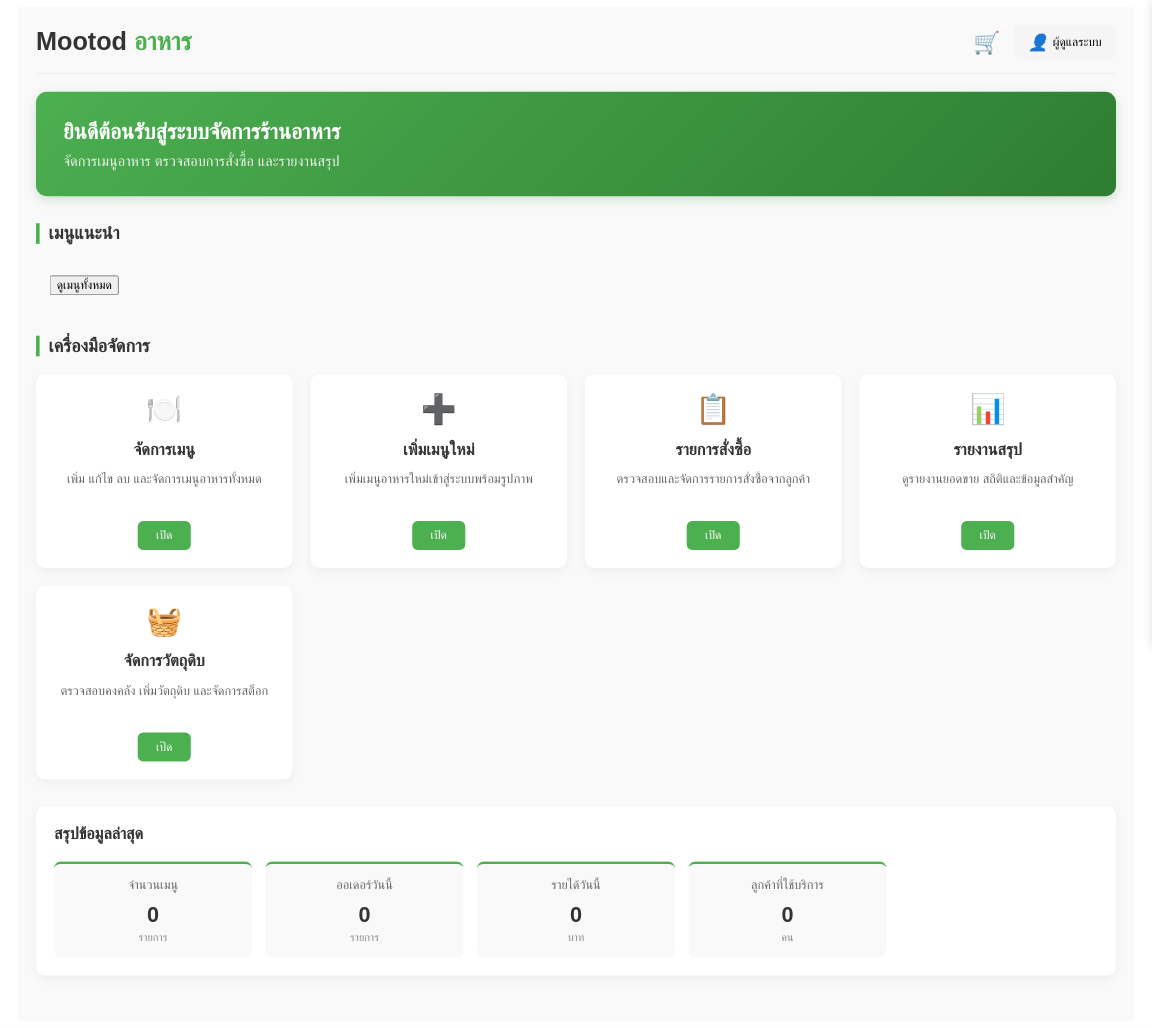
Repository: KwaunchaiJankaikot/mootod
Page: / (app in frontend/)
The author's editor kept a copy of each file at every save. The page is drawn from the files as they stood at one save, then again after the next save.
The browser window is 1280 px wide. The pictures show the whole page, at 90% of full size.
The page's requests for data from a server got no answer. The project was rebuilt for these pictures with package versions that can differ from the ones it lists, and the page was loaded fresh each time. No one was signed in, and anything a server would have sent is missing. Also part of the build but not shown: frontend/vue.config.js, frontend/src/components/CheckoutPage.vue, frontend/src/components/AddMenu.vue, frontend/src/components/MenuList.vue, frontend/src/components/EditMenu.vue, frontend/src/components/InventoryPage.vue.

Above is the page before, as saved 2025-04-23 01:04:29.

### frontend/public/index.html
<!DOCTYPE html>
<html lang="">
  <head>
    <meta charset="utf-8">
    <meta http-equiv="X-UA-Compatible" content="IE=edge">
    <meta name="viewport" content="width=device-width,initial-scale=1.0">
    <link rel="icon" href="<%= BASE_URL %>favicon.ico">
    <title><%= htmlWebpackPlugin.options.title %></title>
    <link href="https://fonts.googleapis.com/icon?family=Material+Icons" rel="stylesheet">
    <link rel="stylesheet" href="https://fonts.googleapis.com/css2?family=Material+Symbols+Outlined:opsz,wght,FILL,GRAD@24,400,0,0" />
  </head>
  <body>
    <noscript>
      <strong>We're sorry but <%= htmlWebpackPlugin.options.title %> doesn't work properly without JavaScript enabled. Please enable it to continue.</strong>
    </noscript>
    <div id="app"></div>
    <!-- built files will be auto injected -->
  </body>
</html>

### frontend/src/main.js
import { createApp } from 'vue';
import App from './App.vue';
import router from './router';

const app = createApp(App);
app.use(router);  // ติดตั้ง Vue Router
app.mount('#app');

### frontend/src/App.vue
<template>
  <div id="app">
    <router-view></router-view>
  </div>
</template>

<script>
export default {
  name: 'App',
};
</script>

### frontend/src/router/index.js
import { createRouter, createWebHistory } from 'vue-router';
import HomePage from '../components/HomePage.vue';
import AddMenu from '../components/AddMenu.vue';
import MenuList from '../components/MenuList.vue';
import EditMenu from '../components/EditMenu.vue';
import InventoryPage from '../components/InventoryPage.vue';

const routes = [
  {
    path: '/',
    name: 'Home',
    component: HomePage
  },
  {
    path: '/add-menu',
    name: 'Menu',
    component: AddMenu
  },
  {
    path: '/menu-list',
    name: 'MenuList',
    component: MenuList
  },
  {
    path: '/edit-menu/:id',
    name: 'edit-menu',
    component: EditMenu,
    props: true,
  },

  {
    path: '/inventorypage',
    name: 'inventorypage',
    component: InventoryPage,
  },
];

const router = createRouter({
  history: createWebHistory(process.env.BASE_URL),
  routes
});

export default router;

### frontend/src/components/HomePage.vue
<template>
  <div class="home-container">
    <header class="header">
      <div class="logo">
        <img src="@/assets/logo.png" alt="Mootod Logo" v-if="false" />
        <h1>Mootod <span>อาหาร</span></h1>
      </div>
      <div class="right-menu">
        <div class="cart-icon" @click="toggleCart">
          <span>🛒</span>
          <span class="cart-badge" v-if="cartItems.length > 0">{{
            cartItems.length
          }}</span>
        </div>
        <button class="user-btn">
          <i class="user-icon">👤</i>
          <span>ผู้ดูแลระบบ</span>
        </button>
      </div>
    </header>

    <!-- ตะกร้าสินค้า -->
    <CartSidebar
      :cartItems="cartItems"
      :isCartOpen="isCartOpen"
      @close-cart="toggleCart"
      @remove-item="removeFromCart"
      @increase-quantity="increaseQuantity"
      @decrease-quantity="decreaseQuantity"
      @go-to-checkout="goToCheckout"
    />

    <!-- หน้าชำระเงิน -->
    <CheckoutPage
      v-if="isCheckoutModalOpen"
      :cartItems="cartItems"
      @close-checkout="closeCheckoutModal"
      @payment-success="handlePaymentSuccess"
    />

    <div class="welcome-banner">
      <div class="banner-content">
        <h2>ยินดีต้อนรับสู่ระบบจัดการร้านอาหาร</h2>
        <p>จัดการเมนูอาหาร ตรวจสอบการสั่งซื้อ และรายงานสรุป</p>
      </div>
    </div>

    <!-- แสดงรายการเมนู -->
    <h3 class="section-title">เมนูแนะนำ</h3>
    <div class="menu-cards">
      <div v-for="menu in menus" :key="menu.id" class="menu-card">
        <div class="card-image-container">
          <img :src="menu.image_url" alt="เมนูอาหาร" class="card-image" />
        </div>
        <div class="card-content">
          <h3>{{ menu.name }}</h3>
          <p>{{ menu.description }}</p>
          <div class="card-footer">
            <span class="price">{{ menu.price }} บาท</span>
            <button class="card-btn" @click="addToCart(menu)">สั่งอาหาร</button>
          </div>
        </div>
      </div>
      <div class="card-content">
        <button class="view-btn" @click="viewAllMenus">ดูเมนูทั้งหมด</button>
      </div>
    </div>

    <!-- ส่วนอื่นๆ ของหน้าจัดการ -->
    <h3 class="section-title">เครื่องมือจัดการ</h3>
    <div class="admin-cards">
      <div class="card" @click="goTo('menu')">
        <div class="card-icon">🍽️</div>
        <h3>จัดการเมนู</h3>
        <p>เพิ่ม แก้ไข ลบ และจัดการเมนูอาหารทั้งหมด</p>
        <button class="card-btn">เปิด</button>
      </div>

      <div class="card" @click="goTo('add-menu')">
        <div class="card-icon">➕</div>
        <h3>เพิ่มเมนูใหม่</h3>
        <p>เพิ่มเมนูอาหารใหม่เข้าสู่ระบบพร้อมรูปภาพ</p>
        <button class="card-btn">เปิด</button>
      </div>

      <div class="card" @click="goTo('orders')">
        <div class="card-icon">📋</div>
        <h3>รายการสั่งซื้อ</h3>
        <p>ตรวจสอบและจัดการรายการสั่งซื้อจากลูกค้า</p>
        <button class="card-btn">เปิด</button>
      </div>

      <div class="card" @click="goTo('reports')">
        <div class="card-icon">📊</div>
        <h3>รายงานสรุป</h3>
        <p>ดูรายงานยอดขาย สถิติและข้อมูลสำคัญ</p>
        <button class="card-btn">เปิด</button>
      </div>

      <div class="card" @click="goTo('inventorypage')">
        <div class="card-icon">🧺</div>
        <h3>จัดการวัตถุดิบ</h3>
        <p>ตรวจสอบคงคลัง เพิ่มวัตถุดิบ และจัดการสต็อก</p>
        <button class="card-btn">เปิด</button>
      </div>
    </div>

    <div class="quick-stats">
      <h3>สรุปข้อมูลล่าสุด</h3>
      <div class="stats-grid">
        <div class="stat-card">
          <h4>จำนวนเมนู</h4>
          <div class="stat-value">{{ totalMenus || menus.length }}</div>
          <div class="stat-label">รายการ</div>
        </div>

        <div class="stat-card">
          <h4>ออเดอร์วันนี้</h4>
          <div class="stat-value">0</div>
          <div class="stat-label">รายการ</div>
        </div>

        <div class="stat-card">
          <h4>รายได้วันนี้</h4>
          <div class="stat-value">0</div>
          <div class="stat-label">บาท</div>
        </div>

        <div class="stat-card">
          <h4>ลูกค้าที่ใช้บริการ</h4>
          <div class="stat-value">0</div>
          <div class="stat-label">คน</div>
        </div>
      </div>
    </div>
  </div>
</template>

<script>
import axios from "axios";
import CartSidebar from "@/components/CartSidebar.vue";
import CheckoutPage from "@/components/CheckoutPage.vue";

export default {
  name: "HomePage",
  components: {
    CartSidebar,
    CheckoutPage
  },
  data() {
    return {
      menus: [],
      totalMenus: 0,
      cartItems: [],
      isCartOpen: false,
      isCheckoutModalOpen: false,
    };
  },
  mounted() {
    this.fetchMenus();
    // โหลดข้อมูลตะกร้าจาก localStorage (ถ้ามี)
    const savedCart = localStorage.getItem("cart");
    if (savedCart) {
      this.cartItems = JSON.parse(savedCart);
    }
  },
  methods: {
    goTo(route) {
      switch (route) {
        case "menu":
          this.$router.push("/menu-list");
          break;
        case "add-menu":
          this.$router.push("/add-menu");
          break;
        case "orders":
          this.$router.push("/orders");
          break;
        case "reports":
          this.$router.push("/reports");
          break;
         case "inventorypage":
          this.$router.push("/inventorypage");
          break;
        default:
          this.$router.push("/");
      }
    },
    fetchMenus() {
      axios
        .get("http://localhost:5000/menus") // เปลี่ยนเป็น URL ของ API ที่คุณใช้
        .then((response) => {
          this.menus = response.data; // บันทึกข้อมูลเมนูใน state
          this.totalMenus = this.menus.length;
        })
        .catch((error) => {
          console.error("เกิดข้อผิดพลาดในการดึงข้อมูลเมนู:", error);
          this.totalMenus = this.menus.length;
        });
    },
    // ฟังก์ชันเกี่ยวกับตะกร้าสินค้า
    addToCart(menu) {
      // ตรวจสอบว่ามีรายการนี้ในตะกร้าหรือไม่
      const existingItem = this.cartItems.find((item) => item.id === menu.id);

      if (existingItem) {
        // ถ้ามีอยู่แล้ว เพิ่มจำนวน
        existingItem.quantity += 1;
      } else {
        // ถ้ายังไม่มี เพิ่มรายการใหม่พร้อมจำนวน = 1
        this.cartItems.push({
          ...menu,
          quantity: 1,
        });
      }

      // บันทึกลง localStorage
      this.saveCart();

      // เปิดตะกร้าสินค้า
      this.isCartOpen = true;
    },
    toggleCart() {
      this.isCartOpen = !this.isCartOpen;
    },
    removeFromCart(index) {
      this.cartItems.splice(index, 1);
      this.saveCart();
    },
    increaseQuantity(index) {
      this.cartItems[index].quantity += 1;
      this.saveCart();
    },
    decreaseQuantity(index) {
      if (this.cartItems[index].quantity > 1) {
        this.cartItems[index].quantity -= 1;
      } else {
        // ถ้าเหลือแค่ 1 ชิ้น แล้วกดลด ให้ลบรายการออกจากตะกร้า
        this.removeFromCart(index);
      }
      this.saveCart();
    },
    saveCart() {
      localStorage.setItem("cart", JSON.stringify(this.cartItems));
    },
    // ฟังก์ชันเกี่ยวกับการชำระเงิน
    goToCheckout() {
      this.isCheckoutModalOpen = true;
      this.isCartOpen = false; // ปิดตะกร้าเมื่อไปที่หน้าชำระเงิน
    },
    closeCheckoutModal() {
      this.isCheckoutModalOpen = false;
    },
    handlePaymentSuccess() {
      // ล้างตะกร้า
      this.cartItems = [];
      this.saveCart();
      // ปิดหน้าชำระเงิน (จะถูกจัดการโดย CheckoutPage component แล้ว)
    },
  },
};
</script>

<style scoped>
.home-container {
  max-width: 1200px;
  margin: 0 auto;
  padding: 20px;
  font-family: "Prompt", "Kanit", sans-serif;
  background-color: #f9f9f9;
  position: relative;
}

/* Header */
.header {
  display: flex;
  justify-content: space-between;
  align-items: center;
  margin-bottom: 20px;
  padding-bottom: 15px;
  border-bottom: 1px solid #eaeaea;
}

.logo {
  display: flex;
  align-items: center;
}

.logo h1 {
  font-size: 28px;
  font-weight: 700;
  color: #333;
  margin: 0;
}

.logo span {
  color: #4caf50;
}

.logo img {
  height: 40px;
  margin-right: 10px;
}

.right-menu {
  display: flex;
  align-items: center;
  gap: 15px;
}

.cart-icon {
  position: relative;
  cursor: pointer;
  font-size: 24px;
}

.cart-badge {
  position: absolute;
  top: -8px;
  right: -8px;
  background-color: #f44336;
  color: white;
  border-radius: 50%;
  width: 18px;
  height: 18px;
  font-size: 12px;
  display: flex;
  align-items: center;
  justify-content: center;
}

.user-btn {
  display: flex;
  align-items: center;
  background: #f5f5f5;
  border: none;
  border-radius: 8px;
  padding: 8px 16px;
  cursor: pointer;
  transition: background-color 0.2s;
}

.user-btn:hover {
  background: #eaeaea;
}

.user-icon {
  margin-right: 5px;
  font-size: 18px;
}

/* Welcome Banner */
.welcome-banner {
  background: linear-gradient(135deg, #4caf50 0%, #2e7d32 100%);
  border-radius: 12px;
  padding: 30px;
  margin-bottom: 30px;
  color: white;
  box-shadow: 0 4px 12px rgba(46, 125, 50, 0.2);
}

.banner-content h2 {
  font-size: 24px;
  margin: 0 0 10px 0;
  font-weight: 600;
}

.banner-content p {
  font-size: 16px;
  margin: 0;
  opacity: 0.9;
}

/* Section Titles */
.section-title {
  font-size: 20px;
  font-weight: 600;
  color: #333;
  margin-top: 30px;
  margin-bottom: 20px;
  border-left: 4px solid #4caf50;
  padding-left: 10px;
}

/* Menu Cards - แสดงเมนูอาหาร */
.menu-cards {
  display: grid;
  grid-template-columns: repeat(auto-fill, minmax(280px, 1fr));
  gap: 20px;
  margin-bottom: 30px;
}

.menu-card {
  background: white;
  border-radius: 10px;
  overflow: hidden;
  box-shadow: 0 4px 12px rgba(0, 0, 0, 0.05);
  transition: transform 0.3s ease, box-shadow 0.3s ease;
  cursor: pointer;
}

.menu-card:hover {
  transform: translateY(-5px);
  box-shadow: 0 8px 20px rgba(0, 0, 0, 0.1);
}

.card-image-container {
  width: 100%;
  height: 180px;
  overflow: hidden;
}

.card-image {
  width: 100%;
  height: 100%;
  object-fit: cover;
  transition: transform 0.3s ease;
}

.menu-card:hover .card-image {
  transform: scale(1.05);
}

.card-content {
  padding: 15px;
}

.card-content h3 {
  font-size: 18px;
  margin: 0 0 8px 0;
  color: #333;
}

.card-content p {
  font-size: 14px;
  color: #666;
  margin: 0 0 15px 0;
  height: 40px;
  overflow: hidden;
  display: -webkit-box;
  -webkit-line-clamp: 2;
  -webkit-box-orient: vertical;
}

.card-footer {
  display: flex;
  justify-content: space-between;
  align-items: center;
}

.price {
  font-weight: 600;
  color: #4caf50;
}

/* Admin Cards - การ์ดจัดการระบบ */
.admin-cards {
  display: grid;
  grid-template-columns: repeat(auto-fill, minmax(250px, 1fr));
  gap: 20px;
  margin-bottom: 30px;
}

.card {
  background: white;
  border-radius: 10px;
  padding: 20px;
  box-shadow: 0 4px 12px rgba(0, 0, 0, 0.05);
  text-align: center;
  transition: transform 0.3s ease, box-shadow 0.3s ease;
  cursor: pointer;
}

.card:hover {
  transform: translateY(-5px);
  box-shadow: 0 8px 20px rgba(0, 0, 0, 0.1);
}

.card-icon {
  font-size: 32px;
  margin-bottom: 15px;
}

.card h3 {
  font-size: 18px;
  margin: 0 0 10px 0;
  color: #333;
}

.card p {
  color: #666;
  font-size: 14px;
  margin-bottom: 15px;
  height: 40px;
  overflow: hidden;
  display: -webkit-box;
  -webkit-line-clamp: 2;
  -webkit-box-orient: vertical;
}

.card-btn {
  background-color: #4caf50;
  color: white;
  border: none;
  padding: 8px 20px;
  border-radius: 6px;
  cursor: pointer;
  font-weight: 500;
  transition: background-color 0.2s;
}

.card-btn:hover {
  background-color: #45a049;
}

/* Quick Stats */
.quick-stats {
  background: white;
  border-radius: 10px;
  padding: 20px;
  box-shadow: 0 4px 12px rgba(0, 0, 0, 0.05);
  margin-bottom: 30px;
}

.quick-stats h3 {
  margin-top: 0;
  margin-bottom: 20px;
  color: #333;
  font-size: 18px;
  font-weight: 600;
}

.stats-grid {
  display: grid;
  grid-template-columns: repeat(auto-fill, minmax(200px, 1fr));
  gap: 15px;
}

.stat-card {
  background: #f9f9f9;
  padding: 15px;
  border-radius: 8px;
  text-align: center;
  border-top: 3px solid #4caf50;
}

.stat-card h4 {
  font-size: 14px;
  font-weight: 500;
  color: #666;
  margin: 0 0 10px 0;
}

.stat-value {
  font-size: 24px;
  font-weight: 600;
  color: #333;
  margin-bottom: 5px;
}

.stat-label {
  font-size: 12px;
  color: #888;
}

/* Responsive */
@media (max-width: 768px) {
  .menu-cards,
  .admin-cards {
    grid-template-columns: repeat(auto-fill, minmax(220px, 1fr));
  }

  .welcome-banner {
    padding: 25px;
  }

  .banner-content h2 {
    font-size: 22px;
  }
}

@media (max-width: 480px) {
  .home-container {
    padding: 15px;
  }

  .header {
    flex-direction: column;
    align-items: flex-start;
  }

  .right-menu {
    margin-top: 15px;
    width: 100%;
    justify-content: space-between;
  }

  .menu-cards,
  .admin-cards {
    grid-template-columns: 1fr;
  }

  .welcome-banner {
    padding: 20px;
  }

  .stats-grid {
    grid-template-columns: 1fr 1fr;
  }

  .card-image-container {
    height: 160px;
  }
}
</style>

### frontend/src/components/CartSidebar.vue
<template>
  <div class="cart-sidebar" :class="{ 'cart-active': isCartOpen }">
    <div class="cart-header">
      <h3>ตะกร้าสินค้า</h3>
      <button class="close-btn" @click="closeCart">✕</button>
    </div>

    <div v-if="cartItems.length === 0" class="empty-cart">
      <span>🛒</span>
      <p>ไม่มีรายการในตะกร้า</p>
    </div>

    <div v-else class="cart-items">
      <div v-for="(item, index) in cartItems" :key="index" class="cart-item">
        <div class="cart-item-img">
          <img :src="item.image_url" alt="เมนูอาหาร" />
        </div>
        <div class="cart-item-info">
          <h4>{{ item.name }}</h4>
          <div class="item-price">{{ item.price }} บาท</div>
        </div>
        <div class="cart-item-actions">
          <button class="qty-btn" @click="decreaseQuantity(index)">-</button>
          <span class="item-qty">{{ item.quantity }}</span>
          <button class="qty-btn" @click="increaseQuantity(index)">+</button>
          <button class="remove-btn" @click="removeFromCart(index)">
            ลบ
          </button>
        </div>
      </div>
    </div>

    <div class="cart-summary" v-if="cartItems.length > 0">
      <div class="summary-row">
        <span>ยอดรวม:</span>
        <span class="summary-price">{{ calculateTotal() }} บาท</span>
      </div>
      <button class="checkout-btn" @click="goToCheckout">ไปชำระเงิน</button>
    </div>
  </div>
</template>

<script>
export default {
  name: "CartSidebar",
  props: {
    cartItems: {
      type: Array,
      required: true
    },
    isCartOpen: {
      type: Boolean,
      default: false
    }
  },
  methods: {
    closeCart() {
      this.$emit('close-cart');
    },
    removeFromCart(index) {
      this.$emit('remove-item', index);
    },
    increaseQuantity(index) {
      this.$emit('increase-quantity', index);
    },
    decreaseQuantity(index) {
      this.$emit('decrease-quantity', index);
    },
    calculateTotal() {
      return this.cartItems.reduce((total, item) => {
        return total + (item.price * item.quantity);
      }, 0);
    },
    goToCheckout() {
      this.$emit('go-to-checkout');
    }
  }
};
</script>

<style scoped>
/* Cart Sidebar */
.cart-sidebar {
  position: fixed;
  top: 0;
  right: -350px;
  width: 350px;
  height: 100vh;
  background-color: white;
  box-shadow: -2px 0 10px rgba(0, 0, 0, 0.1);
  z-index: 1000;
  transition: right 0.3s ease;
  display: flex;
  flex-direction: column;
}

.cart-active {
  right: 0;
}

.cart-header {
  display: flex;
  justify-content: space-between;
  align-items: center;
  padding: 15px 20px;
  border-bottom: 1px solid #eaeaea;
}

.cart-header h3 {
  margin: 0;
  font-size: 18px;
}

.close-btn {
  background: none;
  border: none;
  font-size: 18px;
  cursor: pointer;
  color: #777;
}

.empty-cart {
  display: flex;
  flex-direction: column;
  align-items: center;
  justify-content: center;
  padding: 50px 20px;
  color: #777;
}

.empty-cart span {
  font-size: 48px;
  margin-bottom: 15px;
  opacity: 0.5;
}

.cart-items {
  flex: 1;
  overflow-y: auto;
  padding: 15px;
}

.cart-item {
  display: flex;
  padding: 10px 0;
  border-bottom: 1px solid #eaeaea;
  margin-bottom: 10px;
}

.cart-item-img {
  width: 60px;
  height: 60px;
  overflow: hidden;
  border-radius: 6px;
  margin-right: 10px;
}

.cart-item-img img {
  width: 100%;
  height: 100%;
  object-fit: cover;
}

.cart-item-info {
  flex: 1;
}

.cart-item-info h4 {
  margin: 0 0 5px 0;
  font-size: 16px;
}

.item-price {
  color: #4caf50;
  font-weight: 500;
}

.cart-item-actions {
  display: flex;
  align-items: center;
  gap: 5px;
}

.qty-btn {
  width: 24px;
  height: 24px;
  border: 1px solid #ddd;
  background: white;
  border-radius: 4px;
  display: flex;
  align-items: center;
  justify-content: center;
  cursor: pointer;
}

.item-qty {
  width: 20px;
  text-align: center;
}

.remove-btn {
  background: #f44336;
  color: white;
  border: none;
  border-radius: 4px;
  padding: 3px 8px;
  font-size: 12px;
  cursor: pointer;
  margin-left: 5px;
}

.cart-summary {
  padding: 15px;
  border-top: 1px solid #eaeaea;
  background-color: #f9f9f9;
}

.summary-row {
  display: flex;
  justify-content: space-between;
  margin-bottom: 15px;
  font-weight: 500;
}

.summary-price {
  color: #4caf50;
  font-size: 18px;
  font-weight: 600;
}

.checkout-btn {
  width: 100%;
  padding: 12px;
  background-color: #4caf50;
  color: white;
  border: none;
  border-radius: 6px;
  font-weight: 500;
  cursor: pointer;
  transition: background-color 0.2s;
}

.checkout-btn:hover {
  background-color: #45a049;
}

@media (max-width: 768px) {
  .cart-sidebar {
    width: 300px;
  }
}

@media (max-width: 480px) {
  .cart-sidebar {
    width: 85%;
  }
}
</style>

After the next save:
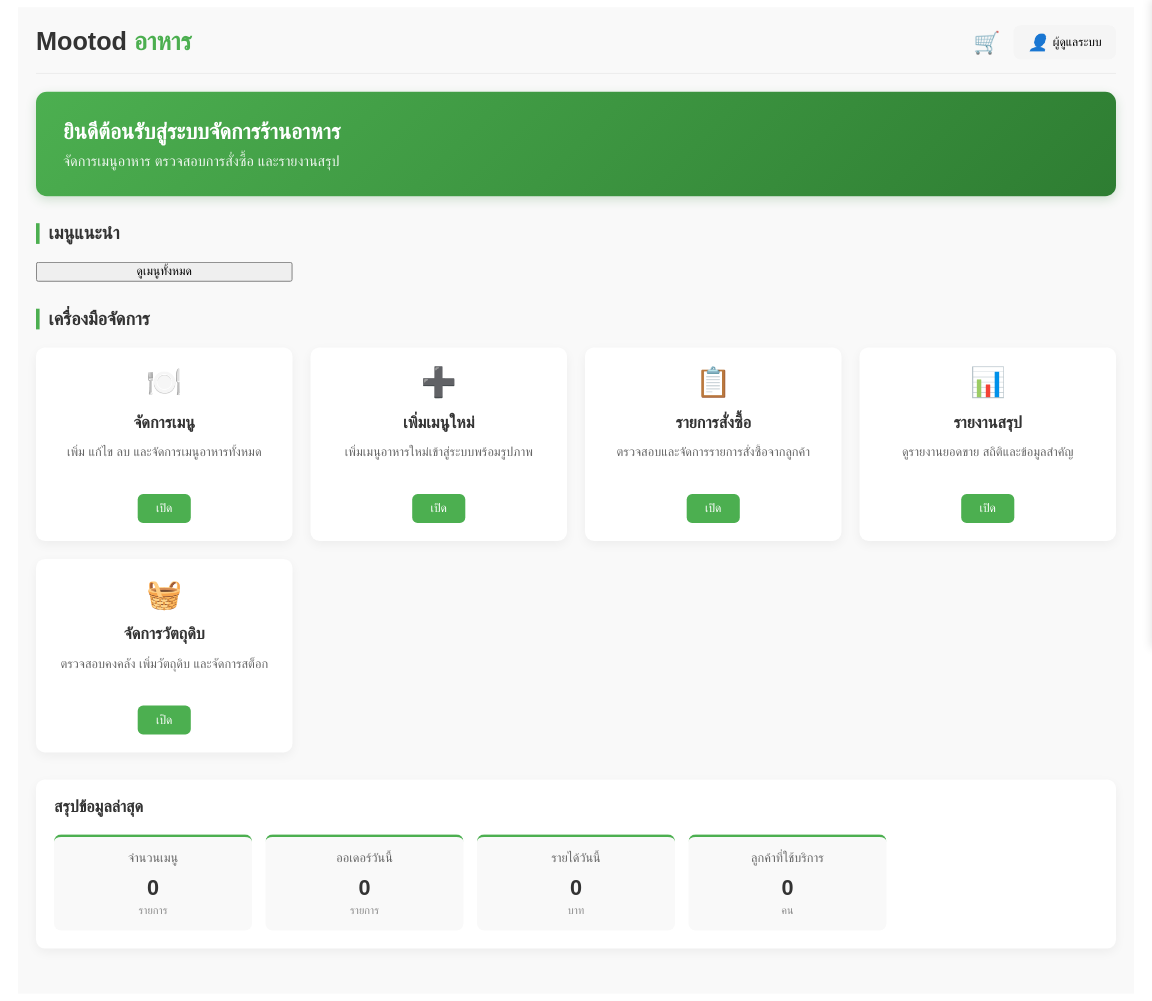
Saved 20 s later.
--- a/frontend/src/components/HomePage.vue
+++ b/frontend/src/components/HomePage.vue
@@ -61,9 +61,7 @@
           </div>
         </div>
       </div>
-      <div class="card-content">
-        <button class="view-btn" @click="viewAllMenus">ดูเมนูทั้งหมด</button>
-      </div>
+      <button class="view-btn" @click="viewAllMenus">ดูเมนูทั้งหมด</button>
     </div>
 
     <!-- ส่วนอื่นๆ ของหน้าจัดการ -->
